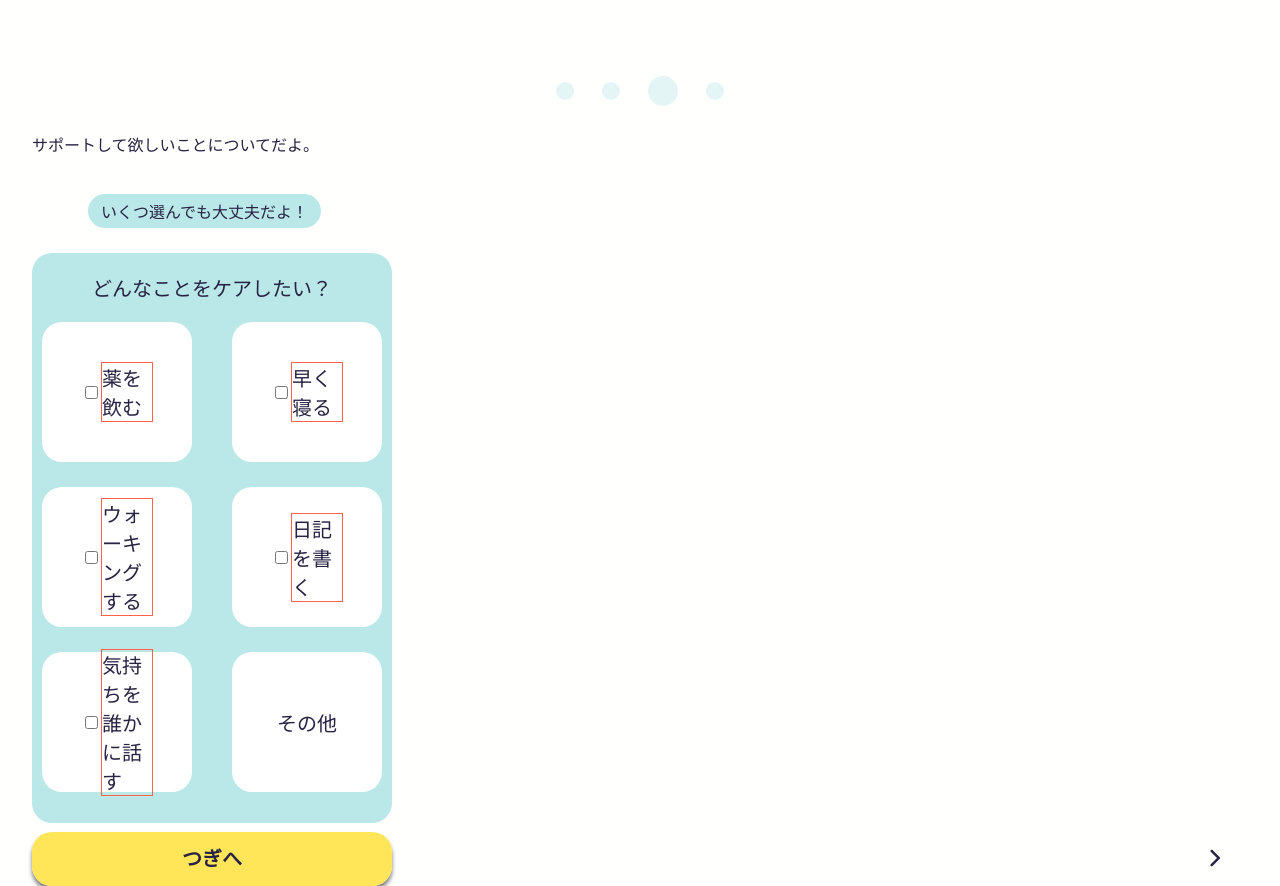
Repository: misaki0919/Self-care
Page: support.html
These files come from the project's save history. The page is drawn as it stood at one moment and after the next save; the edit follows.
The browser window is 1280 px wide. The pictures show the whole page.
Some web fonts or font styles are not loaded; a fallback is used.

Above is the page before, as saved 2026-07-19 11:57:21.

After the next save:
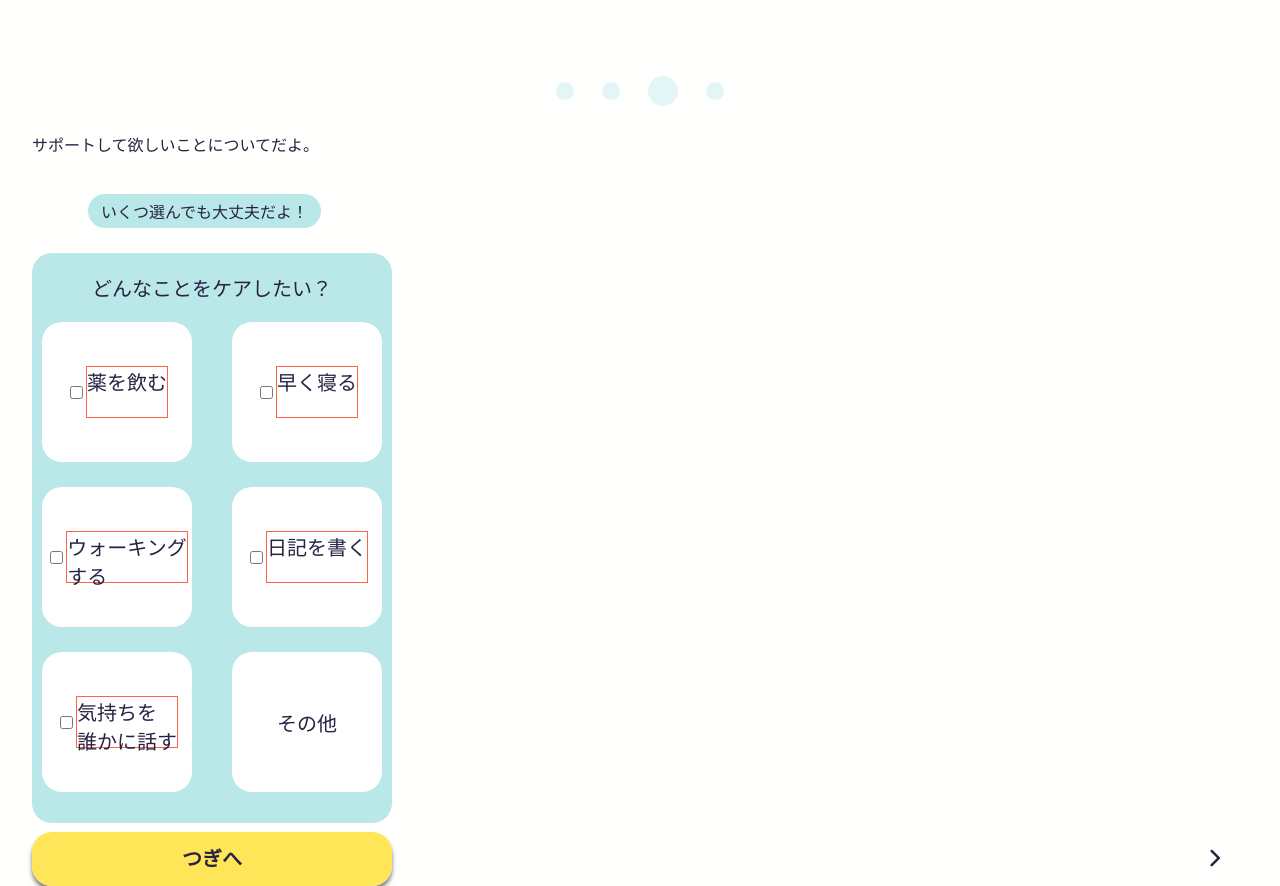
Saved 19 s later.
--- a/css/support.css
+++ b/css/support.css
@@ -90,7 +90,7 @@ body{
         input[type="checkbox"] + label{
             border: solid 1px tomato;
             /* border: none; */
-            width: 50px;
+            height: 50px;
         }
     }
 
